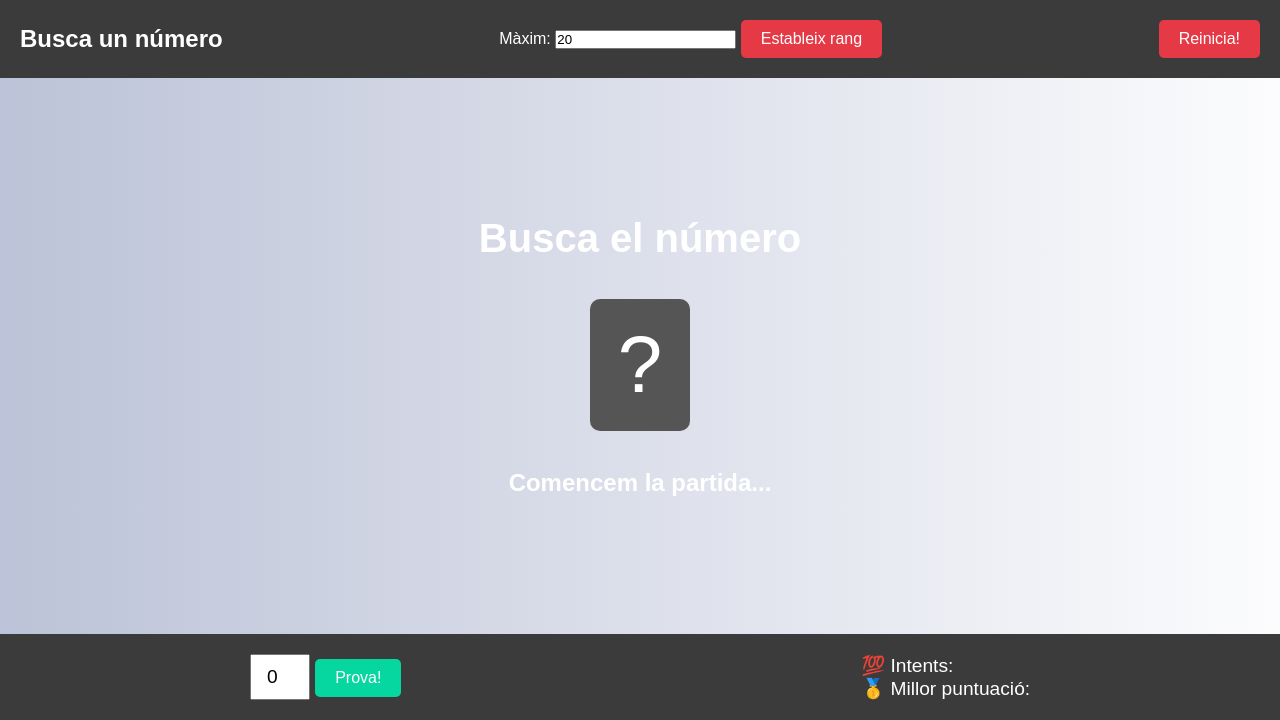
Repository: rdalmau23/M06_01
Page: index.html
These files come from the project's save history. The page is drawn as it stood at one moment and after the next save; the edit follows.
The browser window is 1280 px wide. The pictures show the whole page.

Above is the page before, as saved 2024-10-11 13:14:29.

### index.html
<!DOCTYPE html>
<html lang="en">
<head>
    <meta charset="UTF-8">
    <meta name="viewport" content="width=device-width, initial-scale=1.0">
    <title>Endivina el número</title>
    <link rel="stylesheet" href="style.css">
    <script src="script.js" defer></script>
</head>
<body>
    <header>
        <h2>Busca un número</h2>
        <div>
        <label for="max" id="rang">Màxim:</label>
        <input type="number" id="max" value="20">
        <button onclick="setRange()">Estableix rang</button>
    </div>
        <button onclick="resetGame()" id="reset">Reinicia!</button>
    </header>
    <main id="main">
        <h1>Busca el número</h1> <br>
        <div id="display-num">?</div> <br>
        <h3 id="display-result">Comencem la partida...</h3>
    </main>
    <footer>
        <div>
            <input type="number" value="0" id="num">
        <button onclick="playGame()" id="play">Prova!</button>
        </div>
        <div>
            <div id="display-jugades">💯 Intents: </div>
        <div id="display-puntuacio">🥇 Millor puntuació: </div>
        </div>
    </footer>
</body>
</html>

### style.css
* {
    margin: 0;
    padding: 0;
    box-sizing: border-box;
  }

  body {
    font-family: Arial, sans-serif;
    height: 100vh;
    display: flex;
    flex-direction: column;
    justify-content: space-between;
    background: linear-gradient(270deg, #ffffff, #001969);
    background-size: 400% 400%;
    animation: gradient-animation 12s ease infinite;
    position: relative;
  }

  @keyframes gradient-animation {
    0% {
      background-position: 0% 50%;
    }
    50% {
      background-position: 100% 50%;
    }
    100% {
      background-position: 0% 50%;
    }
  }

  header {
    background-color: #3b3b3b;
    color: white;
    padding: 20px;
    text-align: center;
    display: flex;
    justify-content: space-between;
    align-items: center;
  }

  header h2 {
    margin: 0;
  }

  header button {
    background-color: #e63946;
    border: none;
    color: white;
    padding: 10px 20px;
    cursor: pointer;
    border-radius: 5px;
    font-size: 16px;
    transition: background-color 0.3s ease;
  }

  header button:hover {
    background-color: #d62839;
  }

  main {
    flex-grow: 1;
    display: flex;
    flex-direction: column;
    justify-content: center;
    align-items: center;
  }

  main h1 {
    font-size: 2.5rem;
    color: white;
  }

  #display-num {
    font-size: 5rem;
    background-color: #555555;
    color: white;
    padding: 20px;
    width: 100px;
    text-align: center;
    border-radius: 10px;
    margin: 20px 0;
  }

  main h3 {
    font-size: 1.5rem;
    color: white;
  }

  footer {
    background-color: #3b3b3b;
    padding: 20px;
    display: flex;
    justify-content: space-around;
    align-items: center;
  }

  footer input[type="number"] {
    width: 60px;
    padding: 10px;
    font-size: 1.2rem;
    text-align: center;
  }

  footer button {
    background-color: #06d6a0;
    border: none;
    color: white;
    padding: 10px 20px;
    cursor: pointer;
    border-radius: 5px;
    font-size: 16px;
    transition: background-color 0.3s ease;
  }

  footer button:hover {
    background-color: #04b383;
  }

  footer div {
    font-size: 1.2rem;
    color: #ffffff;
  }

  /* Ajustes Responsive */
  @media (max-width: 600px) {
    header, footer {
      flex-direction: column;
      gap: 10px;
    }

    #display-num {
      font-size: 4rem;
      width: 80px;
    }

    footer button {
      font-size: 14px;
    }
  }

### script.js
let numero1;
let userInput = 0;
let intents = 0;
let millorPunt = Infinity;

function setRange() {
    const max = parseInt(document.getElementById("max").value);
    if (max <= 1) {
        alert("El valor màxim ha de ser major que 1."); // marquem que no podem posa de màxim 0 ni negatius
        return;
    }
    numero1 = Math.floor(Math.random() * max) + 1;
    intents = 0;
    document.getElementById("display-num").innerHTML = "?";
    document.getElementById("display-result").innerHTML = "Comencem la partida...";
    document.getElementById("main").style.backgroundColor = "";
    document.getElementById("display-jugades").innerHTML = `💯 Intents: 0`;
    document.getElementById("display-puntuacio").innerHTML = "";
}

function playGame() { //funció per jugar
    if (!numero1) {
        alert("Si us plau, posa el rang abans de jugar!"); // aquí fem un alert que avisa de que s'ha de especifivar el rang amb el que volem jugar
        return;
    }

    userInput = parseInt(document.getElementById("num").value);
    if (userInput !== numero1) {
        intents++; // cada cop que fallem incrementa el num d'intents
        if (userInput < numero1) {
            sortida = `El ${userInput} és massa petit, torna a provar.`;
            document.getElementById("main").style.backgroundColor = "red";
        } else {                                                             // aquí fem que depenend de si és més gran o més petit et mostri un missatge o un altre i amb els colors igual
            sortida = `El ${userInput} és massa gran, torna a provar.`;
            document.getElementById("main").style.backgroundColor = "red";
        }
    } else {
        intents++;
        sortida = `Has endivinat el número!`;
        document.getElementById("display-num").innerHTML = numero1;
        document.getElementById("main").style.backgroundColor = "green"; // s'hi hem endivinat el numero ens mostra per pantalla i apareix un fons verd
        if (intents < millorPunt) {
            millorPunt = intents;
            document.getElementById("display-puntuacio").innerHTML = `🥇 Millor puntuació: ${millorPunt}`; // la millor puntuacio sempre serà si els intents és menor a la millor puntuació anterior
        }
    }
    document.getElementById("display-jugades").innerHTML = `💯 Intents: ${intents}`; // mo0strem els intents que portem
    document.getElementById("display-result").innerHTML = `${sortida}`;
    document.getElementById("num").select();
}

function resetGame() {
    document.getElementById("display-num").innerHTML = "?";
    document.getElementById("display-result").innerHTML = "Comencem la partida...";
    intents = 0;
    document.getElementById("display-jugades").innerHTML = "💯 Intents: 0"; // deixem els intents a 0 de nou però la millor puntuació es guarda
    document.getElementById("main").style.backgroundColor = "";
}

After the next save:
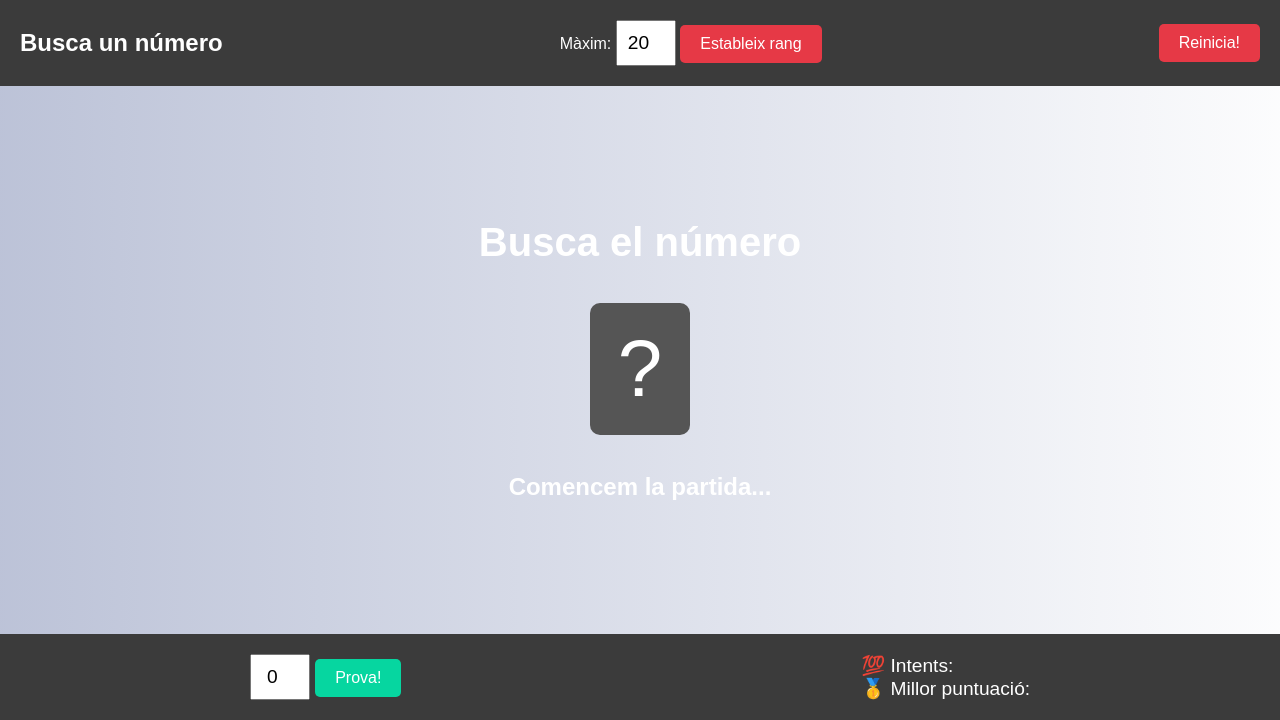
Saved 21 s later.
--- a/style.css
+++ b/style.css
@@ -94,7 +94,7 @@
     align-items: center;
   }
 
-  footer input[type="number"] {
+ input[type="number"] {
     width: 60px;
     padding: 10px;
     font-size: 1.2rem;
